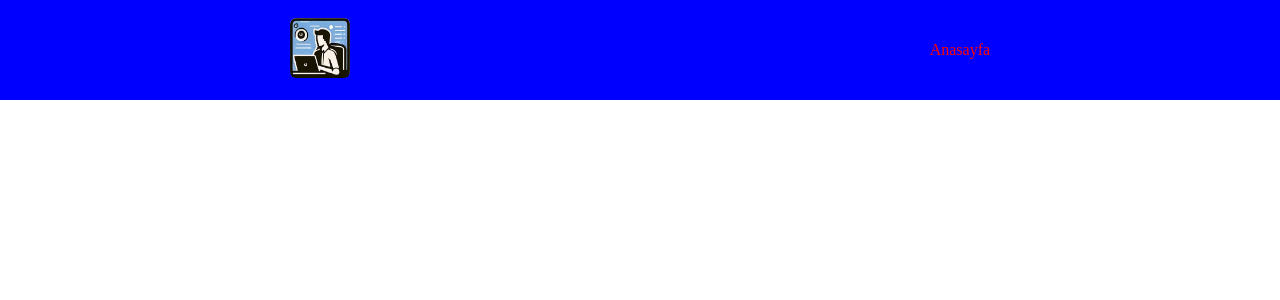
Repository: 0hasandemirtas/react-odev
Page: /
These files come from the project's save history. The page is drawn as it stood at one moment and after the next save; the edit follows.
The browser window is 1280 px wide. The pictures show the whole page.
The project was rebuilt for these pictures with package versions that can differ from the ones it lists, and the page was loaded fresh each time.

Above is the page before, as saved 2024-06-13 13:29:57.

### public/index.html
<!DOCTYPE html>
<html lang="en">
  <head>
    <meta charset="utf-8" />
    <link rel="icon" href="%PUBLIC_URL%/favicon.ico" />
    <meta name="viewport" content="width=device-width, initial-scale=1" />
    <meta name="theme-color" content="#000000" />
    <meta
      name="description"
      content="Web site created using create-react-app"
    />
    <link rel="apple-touch-icon" href="%PUBLIC_URL%/logo192.png" />
    <link rel="manifest" href="%PUBLIC_URL%/manifest.json" />
    <title>React Odev</title>
  </head>
  <body>
    <noscript>You need to enable JavaScript to run this app.</noscript>
    <div id="root"></div>
  </body>
</html>

### src/index.css
body {
  margin: 0;

}

### src/App.js

import './App.css';
import Header from "./components/header";

function App() {
  return (
    <div className="App">

     <Header/>
    </div>
  );
}

export default App;

### src/App.css
.App {
  text-align: center;
}
.App-header {
  background-color: #282c34;
  min-height: 100vh;
  display: flex;
  flex-direction: column;
  align-items: center;
  justify-content: center;
  color: white;
}

.App-link {
  color: #61dafb;
}

### src/components/header/index.js
import React from 'react';
//import logo2 from './logo2.png';
import useStyles from './stylesheet';

const Header = ()=>{
  const classes = useStyles();
  return (
    <div className={classes.container}>
      <div>
          <img  className={classes.logo} src="./images/logo2.png" />
      </div>
      <div><a>Anasayfa</a></div>

    </div>
  )
}

export default Header

### src/components/header/stylesheet.js
import {
    createUseStyles
} from "react-jss";

const useStyles = createUseStyles({
    container:{
        display:"flex",
        width:"100%",
        height:"100px",
        backgroundColor:"blue",
        color:"red",
        alignItems:"center",
        justifyContent:"space-around"
    },
    contentContainer:{
        display:"flex",
        justifyContent:"space-between",
        width:"100%"
    },
    logo:{
        width:"60px",
        height:"60px",
        borderRadius:"6px"
    }
},
{
    name: "header-component"
});

export default useStyles;

Loaded but not shown: src/index.js (common file)

After the next save:
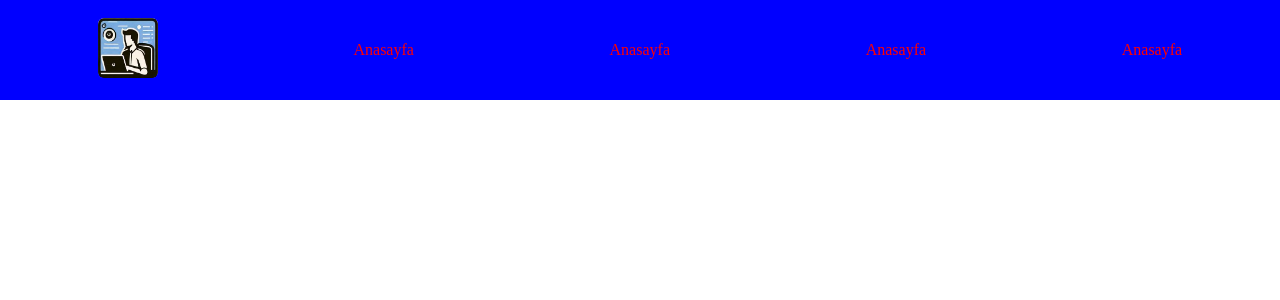
Saved 91 s later.
--- a/src/components/header/index.js
+++ b/src/components/header/index.js
@@ -10,6 +10,9 @@ const Header = ()=>{
           <img  className={classes.logo} src="./images/logo2.png" />
       </div>
       <div><a>Anasayfa</a></div>
+      <div><a>Anasayfa</a></div>
+      <div><a>Anasayfa</a></div>
+      <div><a>Anasayfa</a></div>
 
     </div>
   )
